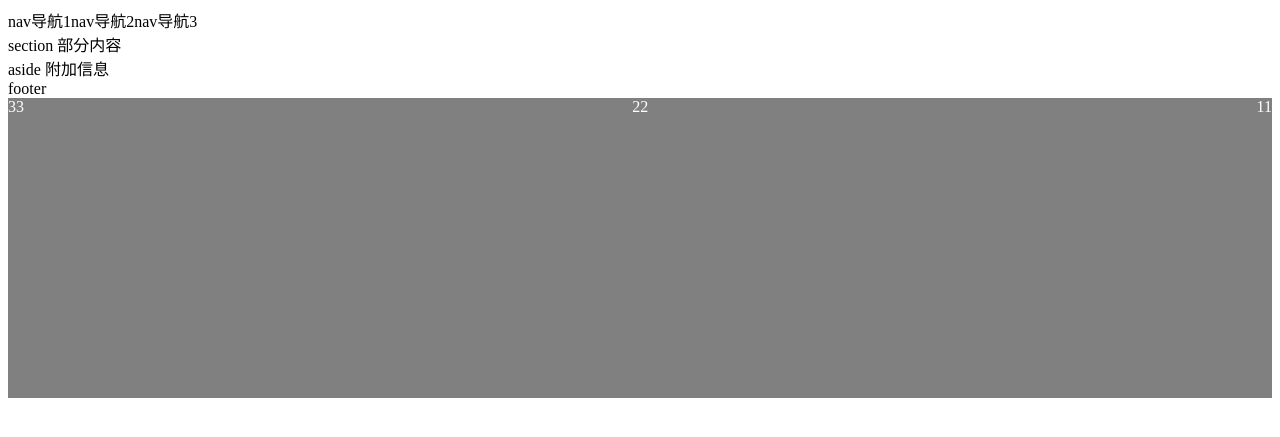
Repository: huangjianeng/front-end-study
Page: vue原理/html/flex.html
These files come from the project's save history. The page is drawn as it stood at one moment and after the next save; the edit follows.
The browser window is 1280 px wide. The pictures show the whole page.

Above is the page before, as saved 2020-07-31 11:31:57.

After the next save:
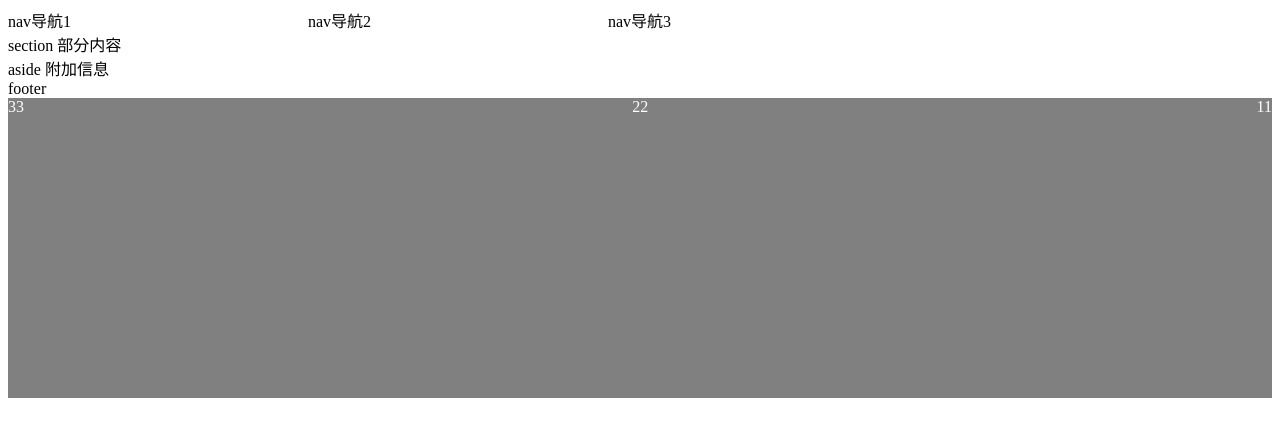
Saved 13 min 51 s later.
--- a/vue原理/html/flex.html
+++ b/vue原理/html/flex.html
@@ -19,6 +19,10 @@
     nav{
         flex-grow: 0;    /* 默认为0  不放大    */
         flex-shrink: 1;   /* 默认为1  空间不足等比缩小 */
+        width: 300px;
+    }
+    nav:nth-child(1){
+        flex-basis: auto;
     }
     .flex-wrap{
         width: 100%;
